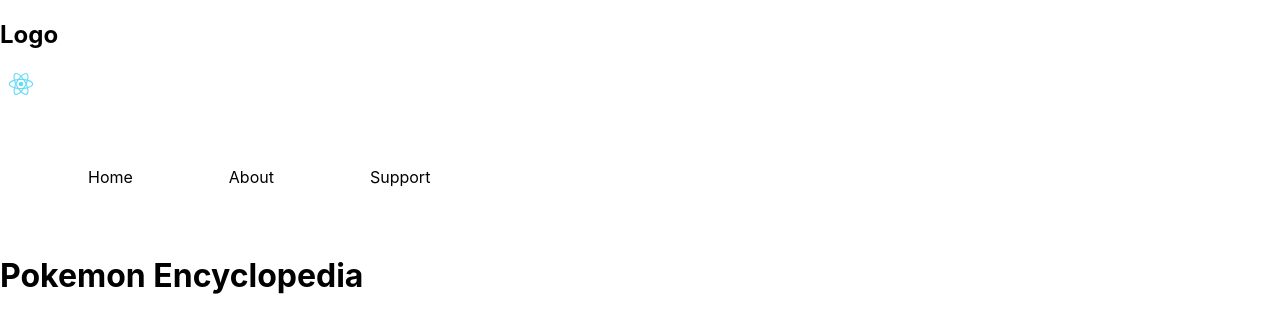
Repository: Gibberlin/pokedex
Page: /
These files come from the project's save history. The page is drawn as it stood at one moment and after the next save; the edit follows.
The browser window is 1280 px wide. The pictures show the whole page.
The project was rebuilt for these pictures with package versions that can differ from the ones it lists, and the page was loaded fresh each time.

Above is the page before, as saved 2021-09-28 22:27:40.

### src/App.js
import logo from './logo.svg';
import Nav from "./components/Nav"
import './App.css';

function App() {
  return (
    <div>
    <Nav />
    <h1>Pokemon Encyclopedia</h1>

    </div>
  );
}

export default App;

### src/components/Nav.js
import React from 'react'
import logo from "../logo.svg";
import "../App.css";
const Nav = () => {
    return (
        <nav>
        <h1>Logo</h1>
            <img src={logo} alt="Poke" height="30px"/>

            <ul>
                <li>Home</li>
                <li>About</li>
                <li>Support</li>
            </ul>
        </nav>
    )
}

export default Nav

### src/App.css
ul {
  list-style-type: none;
  display: flex;
}
li {
  margin: 3rem;
}

Loaded but not shown: public/index.html (common file); src/index.js (common file); src/index.css (common file)

After the next save:
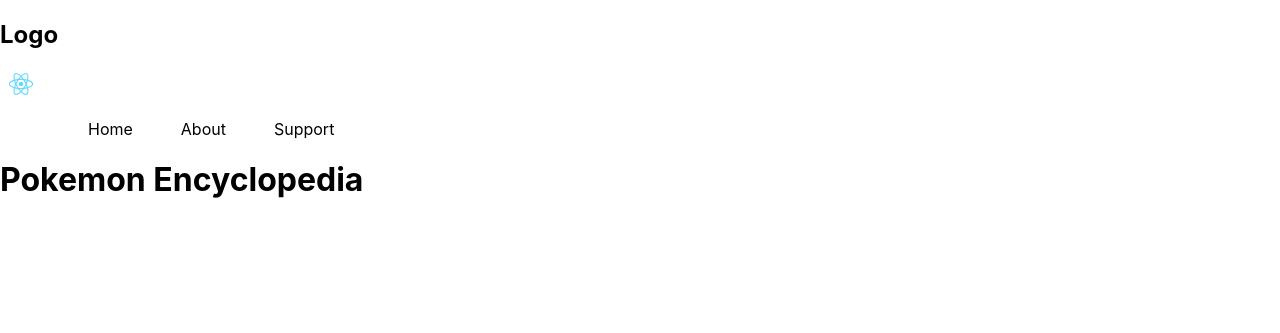
Saved 12 s later.
--- a/src/App.css
+++ b/src/App.css
@@ -3,5 +3,5 @@
   display: flex;
 }
 li {
-  margin: 3rem;
+  margin-left: 3rem;
 }
